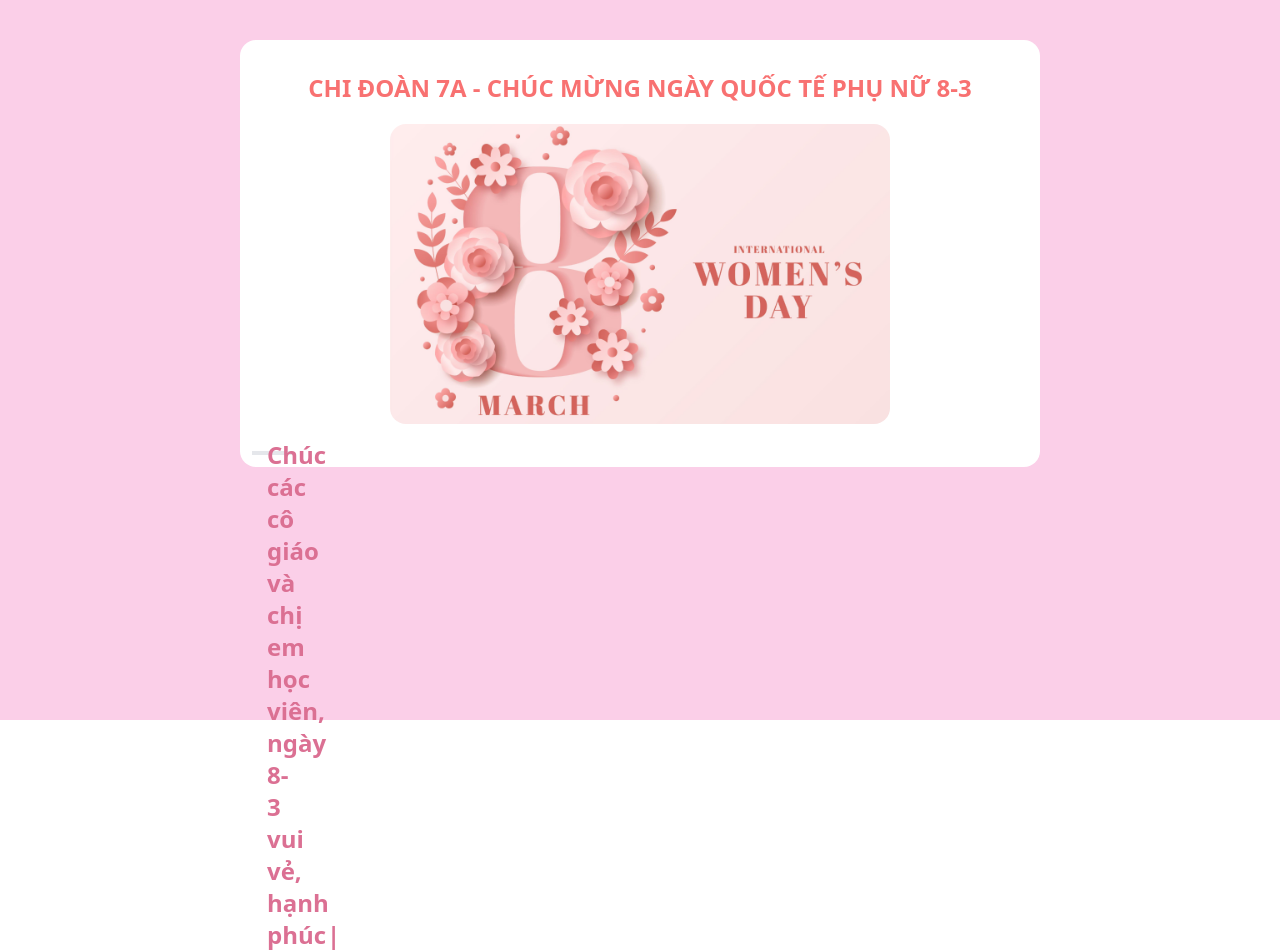
Repository: hoang0508/web-837A
Page: /
An editor plug-in stored every save of this project. The page is shown before and after the next save, followed by the edit.
The browser window is 1280 px wide. The pictures show the whole page.
Some web fonts or font styles are not loaded; a fallback is used. The project was rebuilt for these pictures with package versions that can differ from the ones it lists, and the page was loaded fresh each time. Also part of the build but not shown: vite.config.js.

Above is the page before, as saved 2025-02-28 19:10:38.

After the next save:
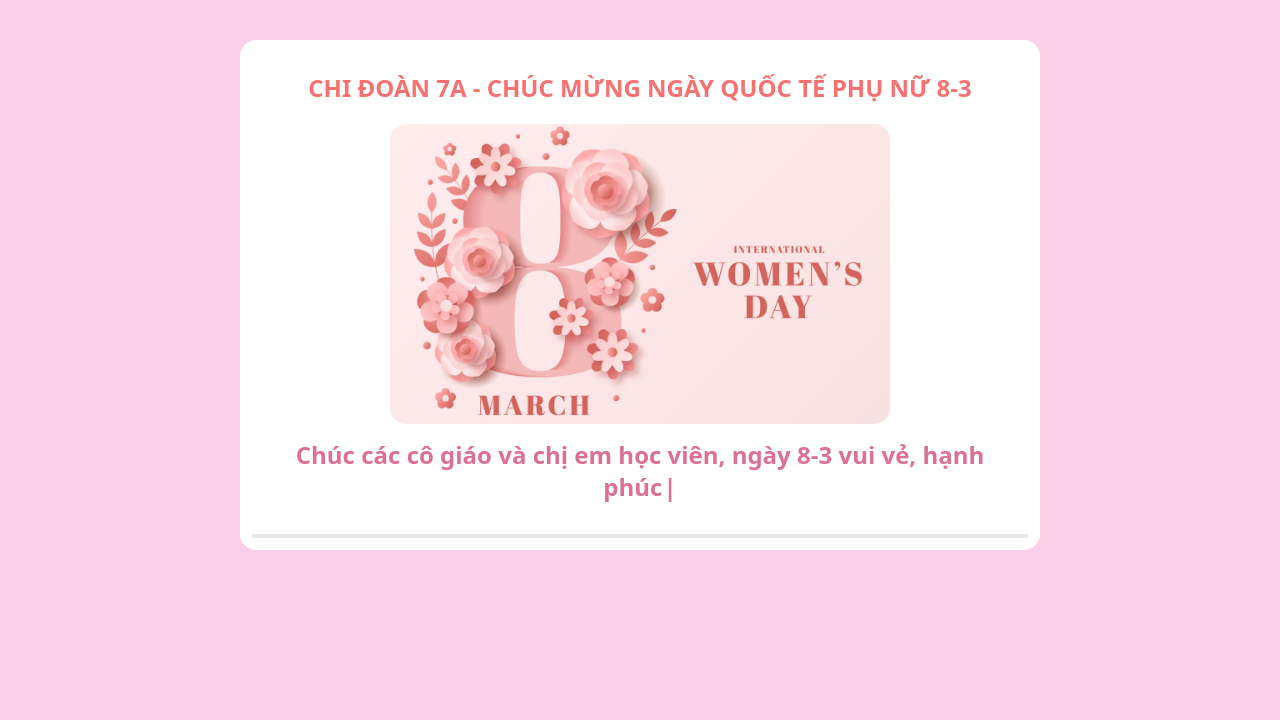
Saved 7 s later.
--- a/src/App.jsx
+++ b/src/App.jsx
@@ -22,7 +22,7 @@ function App() {
               className="w-full h-full object-cover rounded-2xl"
             />
           </div>
-          <div className="border-b-4 w-10 h-4">
+          <div className="border-b-4">
             <Typewriter
               options={{
                 strings: [
